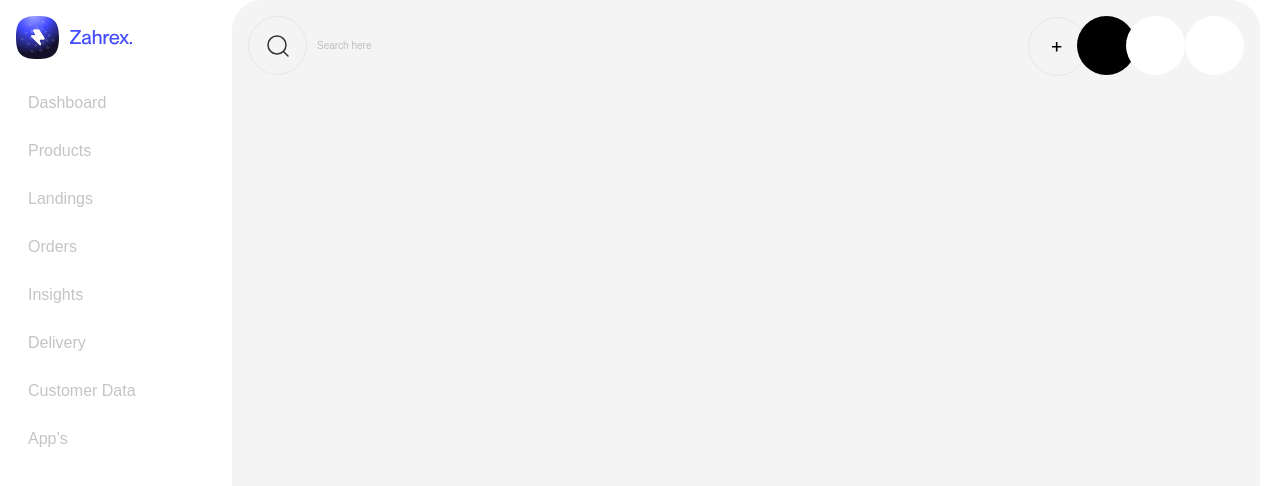
Repository: asba38295-web/zahrex-app
Page: /dashboard
The author's editor kept a copy of each file at every save. The page is drawn from the files as they stood at one save, then again after the next save.
The browser window is 1280 px wide. The pictures show the whole page.
The project was rebuilt for these pictures with package versions that can differ from the ones it lists, and the page was loaded fresh each time. The framework's server and built-in components were replaced by stand-ins that run in the browser. Also part of the build but not shown: next.config.mjs, src/page/Dashboard/Dashboard.jsx.

Above is the page before, as saved 2025-11-28 21:58:35.

### src/app/dashboard/page.jsx
"use client";
import React, { useState } from "react";
import Image from "next/image";
import Dashboard from "../../page/Dashboard/Dashboard";

export default function DashboardShell() {
  const [activeTab, setActiveTab] = useState("Dashboard");
  const [mobileMenuOpen, setMobileMenuOpen] = useState(false);

  const NAV = [
    { key: "dashboard", label: "Dashboard" },
    { key: "products",  label: "Products" },
    { key: "landings",  label: "Landings" },
    { key: "orders", label: "Orders" },
    { key: "insights",      label: "Insights" },
    { key: "delivery",  label: "Delivery" },
    { key: "customerData",      label: "Customer Data" },
    { key: "apps",   label: "App’s" },

  ];

  return (
    <div className="flex gap-1">
     {/* Sidebar */}

     <aside
     className={` inset-y-0 left-0 z-30 w-52  backdrop-blur p-4 transition-transform md:translate-x-0 ${
       mobileMenuOpen ? "translate-x-0" : "-translate-x-full md:translate-x-0"
     }`}
   >
     <div className="flex items-center justify-between mb-6">
       <div className="flex items-center gap-2">
         <img src="logoz.svg" alt="" />
       </div>
       <button
         onClick={() => setMobileMenuOpen(false)}
         className="md:hidden inline-flex items-center justify-center h-9 w-9 rounded-full border"
         aria-label="Close menu"
       >
         ×
       </button>
     </div>

     <nav className="space-y-2">
       {NAV.map((item) => (
         <button
           key={item.key}
           onClick={() => setActiveTab(item.key)}
           className={`w-full text-[#C4C4C4] text-left px-3 py-2 rounded-xl ${
             activeTab === item.key
               ? " text-black  border-black"
               : "hover:bg-gray-100"
           }`}
         >
           {item.label}
         </button>
       ))}
     </nav>

     {/* Main */}
     <main className=" flex-1 md:ml-72 p-4">
        {/* Top bar */}
        <div className="flex items-center justify-between gap-2 mb-4">
          <button
            onClick={() => setMobileMenuOpen(true)}
            className="md:hidden inline-flex items-center justify-center h-10 w-10 rounded-xl border bg-white"
            aria-label="Open menu"
          >
            ☰
          </button>
          <h1 className="text-xl font-semibold">{titleForTab(activeTab)}</h1>
          <div className="hidden md:block" />
        </div>

        {/* 🧩 المحتوى: خاوي دابا — ركب فيه كومبونوناتك من بعد */}
        {/* <EmptyPanel /> */}

        {/*
          🔌 منين تبغي تركّب كومبونونت:
          import OrdersTable from "@/componentsDashboard/orders/OrdersTable";
          ثم بدّل <EmptyPanel /> بـ:
          {activeTab === "orders" && <OrdersTable />}
          وهاكذا لباقي التابات...
        */}
      </main>
   </aside>



    <div className="w-screen h-full px-5">
    <div className="min-h-screen w-full bg-[#F4F4F4] p-4 rounded-[30px] flex">
     <div className="flex gap-[10px]">
     <button className="w-[59px] h-[59px] border border-[#E6E6E6] rounded-full flex justify-center items-center">
        <Image width={24} height={24} src={"icons/search.svg"} />
    </button>
       <input
       placeholder="Search here"
       type="text"

       className="text-[#8A8A8A] w-[100px] h-[39px] rounded-full mt-[10px] text-[10px]" />
     </div>
     <div className="flex w-full justify-end ">
      <div className=" -space-x-[10px]">
        {/* ADD */}
      <button className="w-[59px] h-[59px]  border border-[#E6E6E6] rounded-full justify-center items-center ">
      <Image className="ml-[23px]" width={10} height={10} src={"icons/+.svg"} />

      </button>
      <button className="bg-black w-[59px] h-[59px] rounded-full "></button>
      <button className="bg-white w-[59px] h-[59px] rounded-full "></button>
      </div>
      <button className="bg-white w-[59px] h-[59px] rounded-full "></button>

    </div>

    </div>



    </div>
    </div>
  );
}

function titleForTab(key) {
  switch (key) {
    case "dashboard": return < Dashboard />;
    case "orders": return "Orders22";
    case "services": return "Services";
    case "closed": return "Closed";
    case "paid": return "Paid";
    case "products": return "Products";
    case "delivery": return "Delivery";
    case "customers": return "Customers";
    case "meta": return "Meta";
    case "whatsapp": return "Whatsapp";
    case "team": return "Team";
    case "finance": return "Finance";
    case "email": return "Email";
  }
}

// function EmptyPanel() {
//   return (
//     <div className="grid place-items-center h-[60vh] rounded-2xl border bg-white text-gray-500">
//       <div className="text-center space-y-2">
//         <div className="text-sm uppercase tracking-wide text-gray-400">Empty</div>
//         <p className="text-base">ركّب الكومبونونت ديالك هنا من بعد.</p>
//       </div>
//     </div>
//   );
// }

Loaded but not shown: src/app/layout.js (common file); src/app/globals.css (common file)

After the next save:
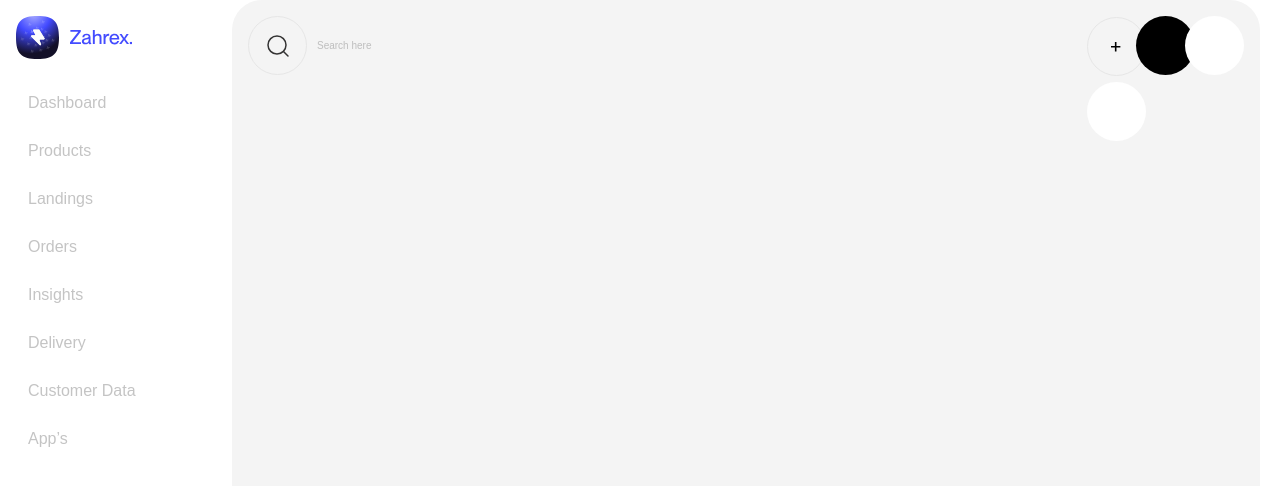
Saved 33 s later.
--- a/src/app/dashboard/page.jsx
+++ b/src/app/dashboard/page.jsx
@@ -100,6 +100,7 @@ export default function DashboardShell() {
        className="text-[#8A8A8A] w-[100px] h-[39px] rounded-full mt-[10px] text-[10px]" />
      </div>
      <div className="flex w-full justify-end ">
+       <div className="fl,ex gap-[10p;x]">
       <div className=" -space-x-[10px]">
         {/* ADD */}
       <button className="w-[59px] h-[59px]  border border-[#E6E6E6] rounded-full justify-center items-center ">
@@ -114,7 +115,7 @@ export default function DashboardShell() {
     </div>
 
     </div>
-
+    </div>
 
 
     </div>
